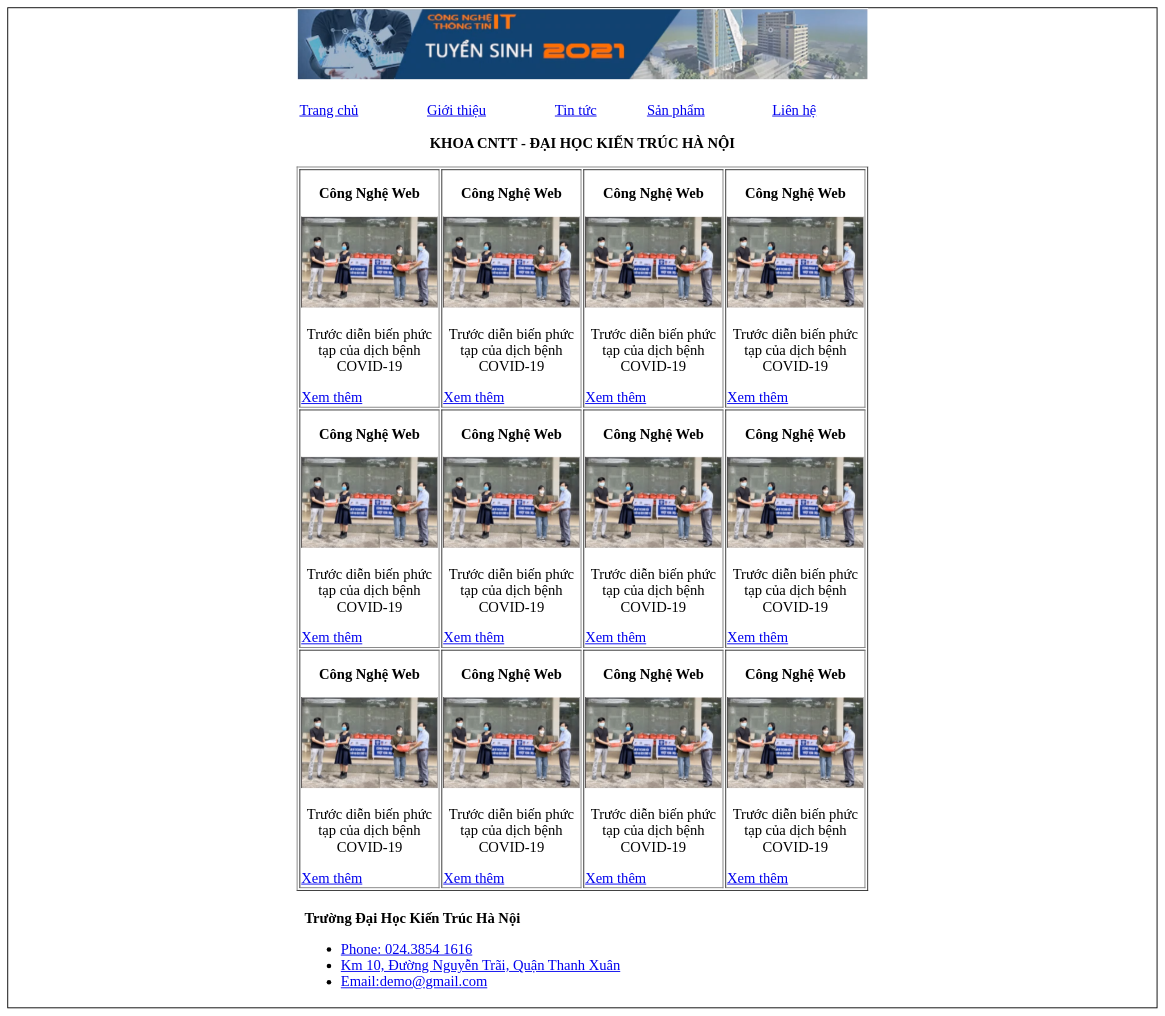
Repository: longtn213/Frond_end_HTML-CSS
Page: Front-End/Demohtml/baitapbuoi2.html
These files come from the project's save history. The page is drawn as it stood at one moment and after the next save; the edit follows.
The browser window is 1280 px wide. The pictures show the whole page, at 91% of full size.

Above is the page before, as saved 2021-09-09 14:49:11.

After the next save:
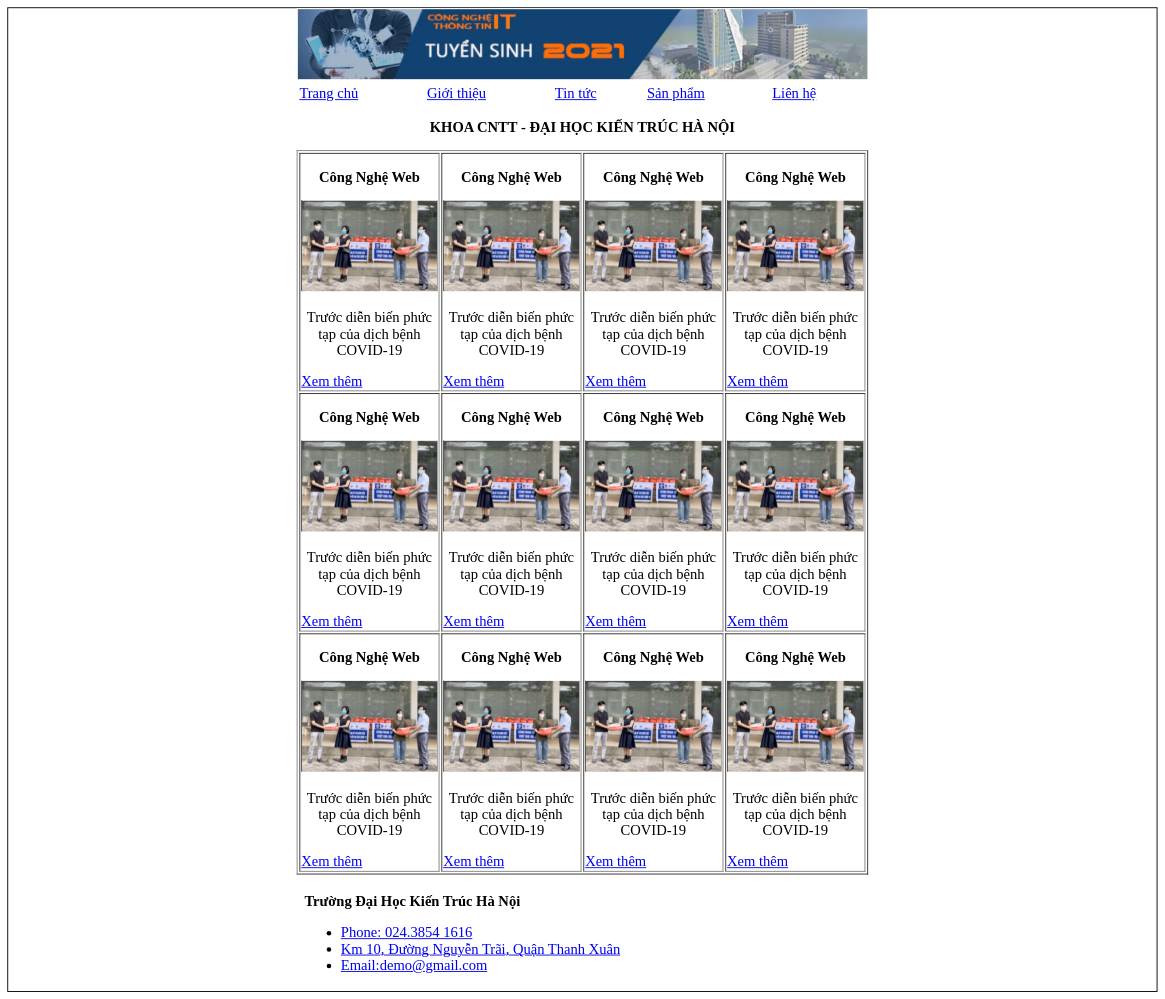
Saved 29 s later.
--- a/Front-End/Demohtml/baitapbuoi2.html
+++ b/Front-End/Demohtml/baitapbuoi2.html
@@ -16,7 +16,7 @@
 
 	<center>
 		<img class="anhtop" width="628px" src="./img/slider.png"">
-	</center>
+
 		<br>
         <center>
             <table width=" 628px">
@@ -42,7 +42,7 @@
 
 
 
-	<center>
+		<center>
 		<p>
 			<b>
 				KHOA CNTT - ĐẠI HỌC KIẾN TRÚC HÀ NỘI
@@ -221,6 +221,7 @@
 				</td>
 			</tr>
 		</table>
+		</center>
 	</center>
 
 
